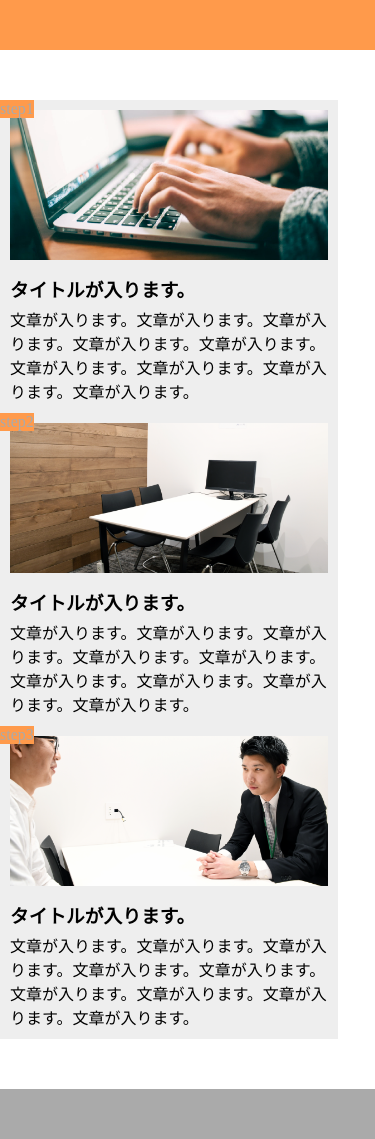
Repository: macchi-ro/-1
Page: 演習/practice.html
The author's editor kept a record of every edit. The page is drawn from the files as they stood at one moment, then again after the next edit.
The browser window is 375 px wide. The pictures show the whole page.
Some web libraries are served in a nearby version.

Above is the page before.

### 演習/practice.html
<!DOCTYPE html>
<html lang="ja">
  <head>
    <meta charset="UTF-8" />
    <meta name="viewport" content="width=device-width,initial-scale=1.0">

    <!-- FontAwesomeの読み込み -->
    <script src="https://kit.fontawesome.com/1411ab0f97.js" crossorigin="anonymous"></script>
    <!-- CSSファイルの読み込み -->
    <link rel="stylesheet" href="practice.css" />
    <title>演習</title>


  </head>

  <body>
   <header>
     <div class="header"></div>
   </header>

   <main>
     <div class="main">
      <div class="step-box">
       <div class="step-num">step1</div>
       <div class="step-img1"></div>
       <h3 class="title">タイトルが入ります。</h3>
       <p class="stepbox.text">文章が入ります。文章が入ります。文章が入ります。文章が入ります。文章が入ります。文章が入ります。文章が入ります。文章が入ります。文章が入ります。</p>
     </div>

      <div class="step-box">
       <div class="step-num">step2</div>
       <div class="step-img2"></div>
       <h3 class="title">タイトルが入ります。</h3>
       <p class="stepbox.text">文章が入ります。文章が入ります。文章が入ります。文章が入ります。文章が入ります。文章が入ります。文章が入ります。文章が入ります。文章が入ります。</p>
      </div>

      <div class="step-box">
       <div class="step-num">step3</div>
       <div class="step-img3"></div>
       <h3 class="title">タイトルが入ります。</h3>
       <p class="stepbox.text">文章が入ります。文章が入ります。文章が入ります。文章が入ります。文章が入ります。文章が入ります。文章が入ります。文章が入ります。文章が入ります。</p>
      </div>
     </div>
   </main>

   <footer>
     <div class="footer"></div>
   </footer>
  </body>
</html>

### 演習/practice.css
* {
  box-sizing: border-box;
  margin: 0;
  padding: 0;
}

.header {
 height: 50px;
 background-color: #ff9a4b;
}

.main {
  width: 960;
  margin: 50px auto;
  display: flex;
  justify-content: center;
}

.step-box {
  width: 300px;
  margin-right: 30px;
  padding: 10px;
  position: relative;
  background-color: #eee
}

.step-box last-child {
  margin-right: 0;
}

.step-img1 {
  height: 150px;
  background-image: url(img/flow01.png);
  background-position: bottom;
  background-size: cover
}

.step-img2 {
  height: 150px;
  background-image: url(img/flow02.png);
  background-position: bottom;
  background-size: cover
}

.step-img3 {
  height: 150px;
  background-image: url(img/flow03.png);
  background-position: bottom;
  background-size: cover
}

.step-num {
  position: absolute;
  top: 0;
  left: 0;
  background-color: #ff9a4b;
  color: #aaa;
}

.title {
  margin: 15px 0 5px;
}

.footer {
  height: 50px;
  background-color: #aaa;
}
@media screen and (max-width: 425px) {

   .header {
    width: 100%;
    }
   .main {
    width: 100%;
    }
   .footer {
    width: 100%;
    }

    .header {
     height: 50px;
    }
    .main {
     margin: 50px auto;
     display: block;
     justify-content: center;
     }

    .step-box {
      width: 90%;
      height: auto;
    }

}

After the next edit:
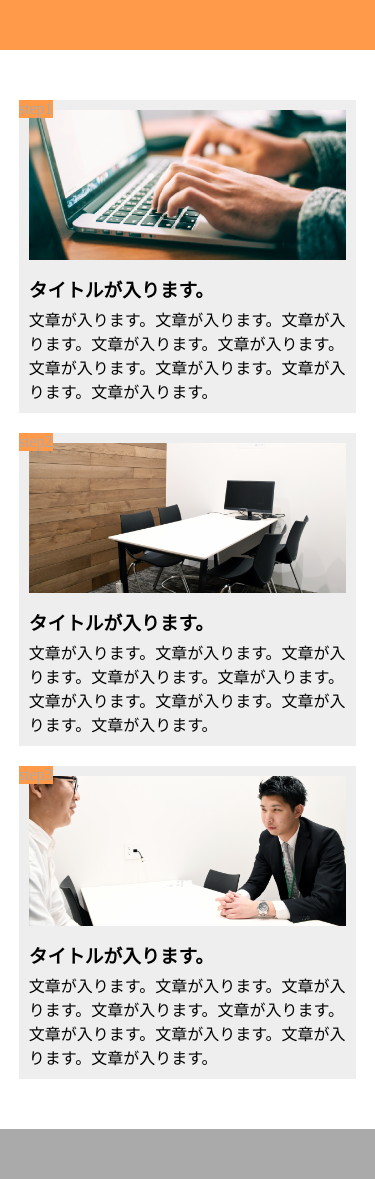
The edit:
--- a/演習/practice.css
+++ b/演習/practice.css
@@ -89,6 +89,8 @@
     .step-box {
       width: 90%;
       height: auto;
+      margin: 0 auto;
+      margin-bottom: 20px;
     }
 
 }
